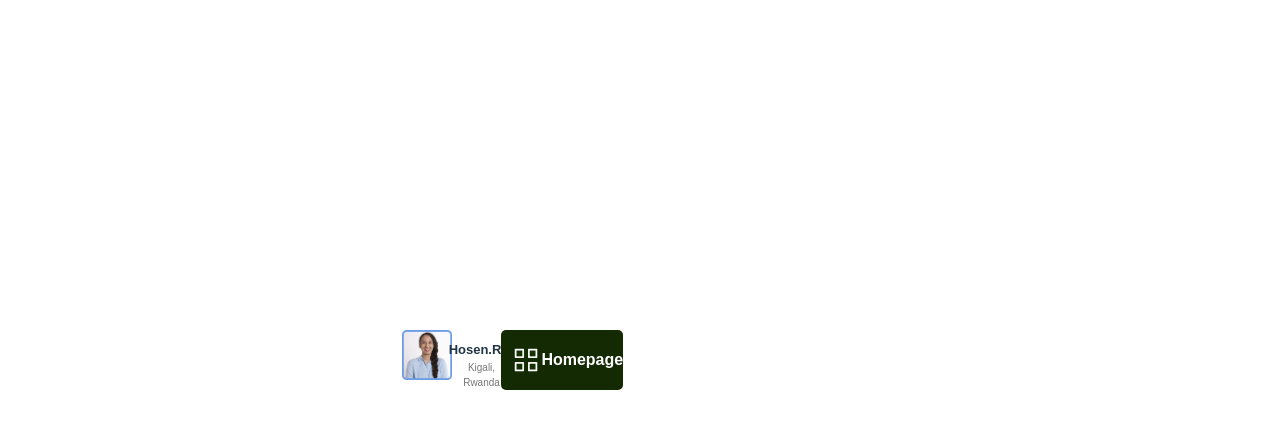
Repository: Auda-frontend/Kenshikeza
Page: /
The author's editor kept a copy of each file at every save. The page is drawn from the files as they stood at one save, then again after the next save.
The browser window is 1280 px wide. The pictures show the whole page.
The project was rebuilt for these pictures with package versions that can differ from the ones it lists, and the page was loaded fresh each time. Also part of the build but not shown: vite.config.js.

Above is the page before, as saved 2024-01-25 09:41:54.

After the next save:
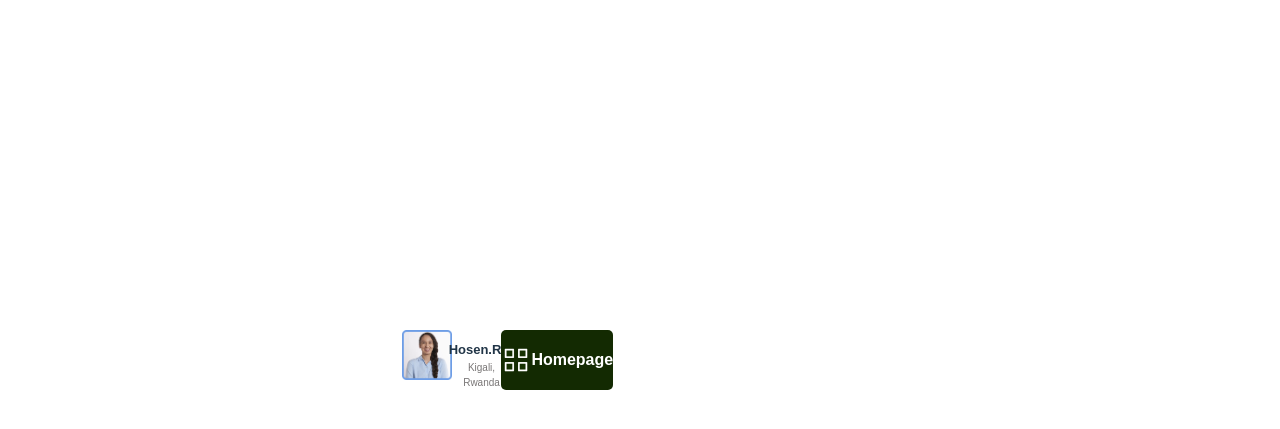
Saved 10 s later.
--- a/src/Components/SideBar.css
+++ b/src/Components/SideBar.css
@@ -46,7 +46,6 @@ justify-content: space-around;
 .homepage .homeIcon{
     width: 30px;
     float: left;
-    margin-left: 10px;
 }
 .homepage h2{
     color: white;
